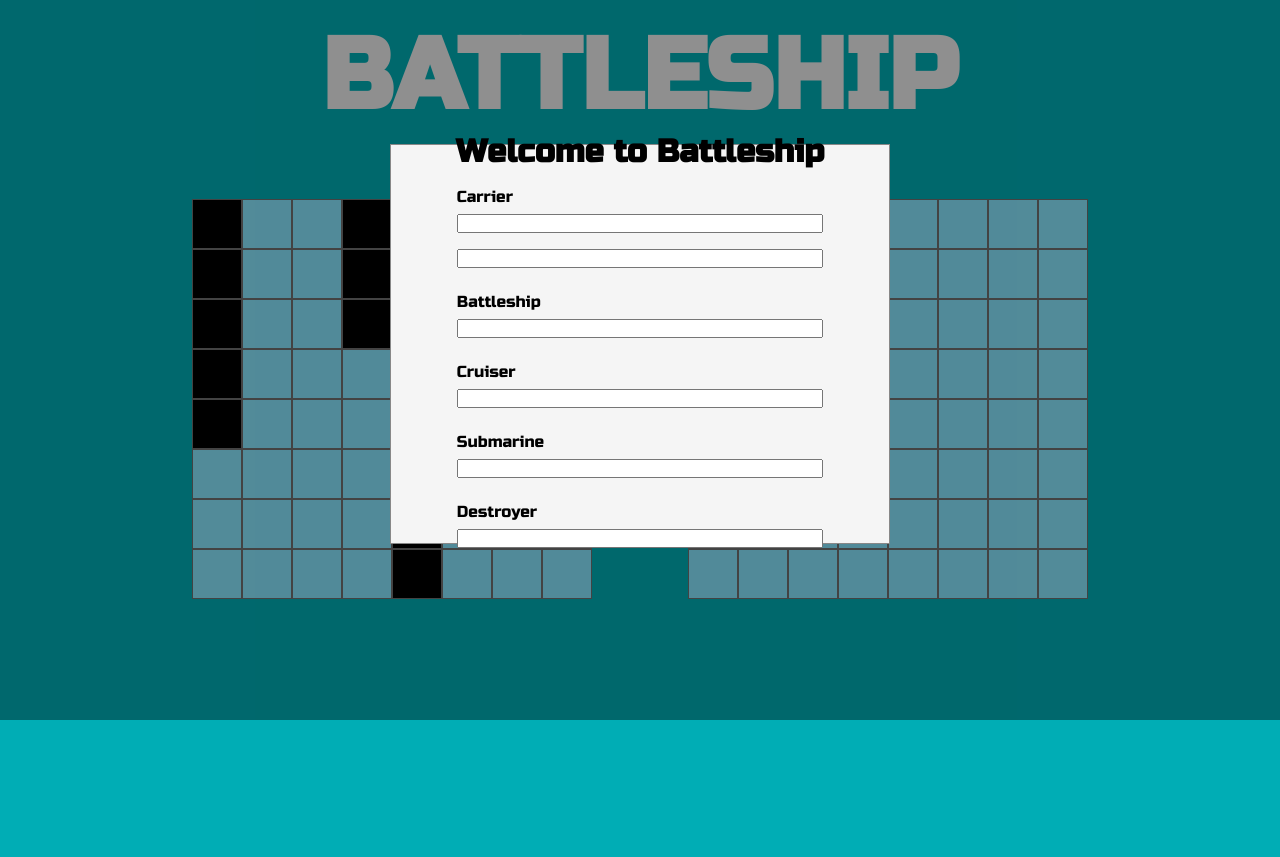
Repository: AzharMoosa/battleship
Page: /
An editor plug-in stored every save of this project. The page is shown before and after the next save, followed by the edit.
The browser window is 1280 px wide. The pictures show the whole page.
The project was rebuilt for these pictures with package versions that can differ from the ones it lists, and the page was loaded fresh each time.

Above is the page before, as saved 2020-07-09 10:12:02.

After the next save:
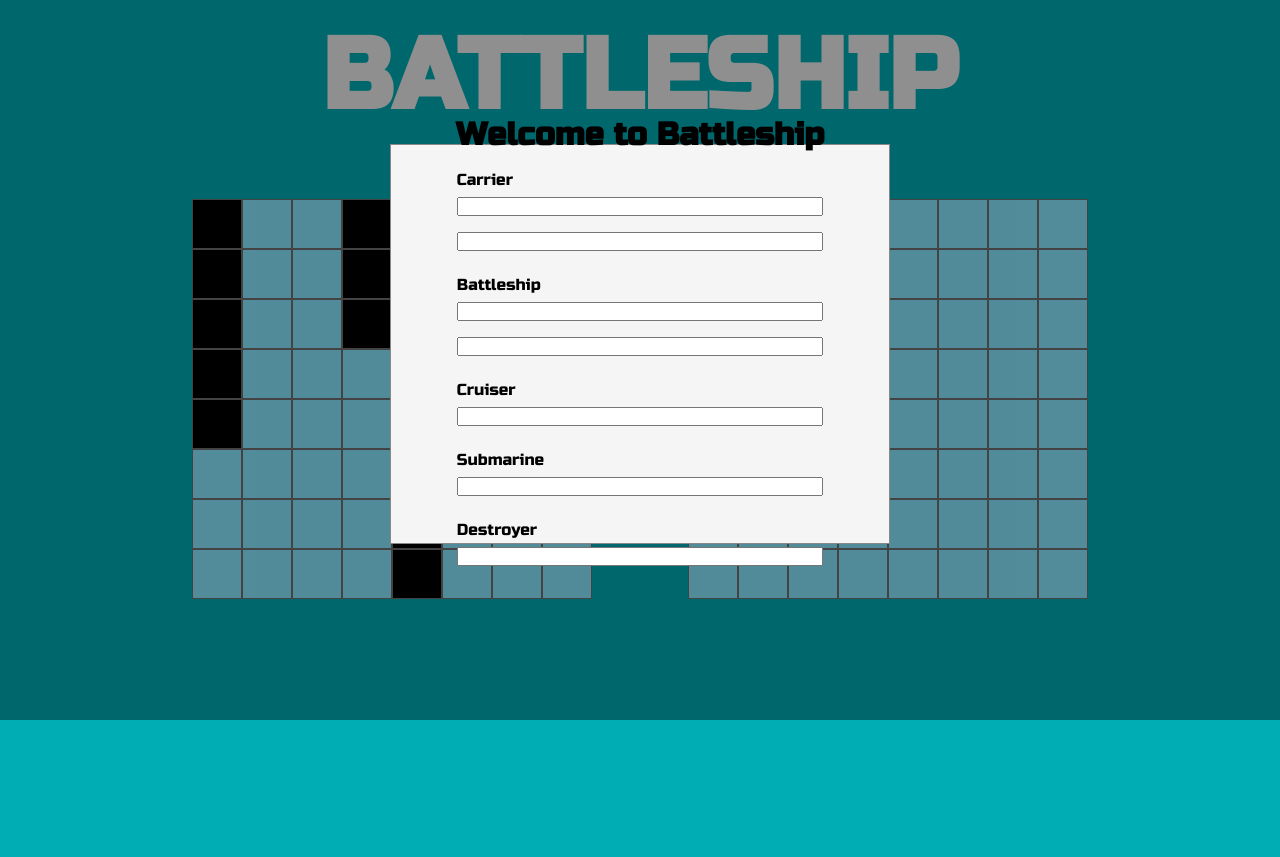
Saved 13 s later.
--- a/src/components/PlaceShip.js
+++ b/src/components/PlaceShip.js
@@ -36,6 +36,11 @@ const PlaceShip = () => {
             onChange={(e) => setBattleshipX(e.target.value)}
             className='coord-input'
           />
+          <input
+            type='text'
+            onChange={(e) => setBattleshipY(e.target.value)}
+            className='coord-input'
+          />
         </div>
         <div className='coord-inputs'>
           <label htmlFor='cruiser'>Cruiser</label>
